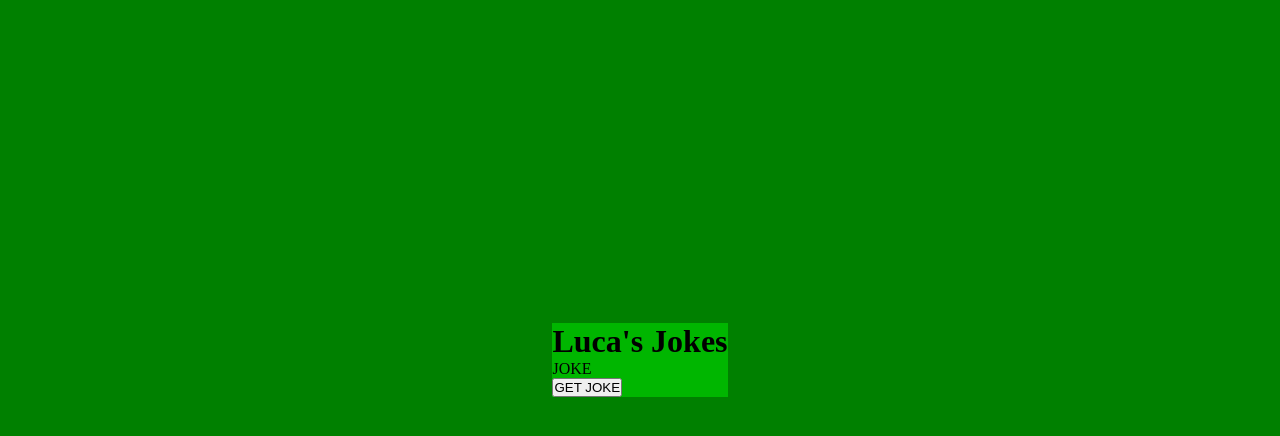
Repository: SerbanLuca/ChuckNorrisJokes-app
Page: /
These files come from the project's save history. The page is drawn as it stood at one moment and after a run of saves; the edit follows.
The browser window is 1280 px wide. The pictures show the whole page.
The project was rebuilt for these pictures with package versions that can differ from the ones it lists, and the page was loaded fresh each time.

Above is the page before, as saved 2021-04-07 13:46:54.

### src/App.js
import './App.css';
import React, {useState, useEffect} from 'react';

const API_KEY = `https://api.chucknorris.io/jokes/random`;

function App() {

  return (
    <>
      <div className="container">
        <h1>Luca's Jokes</h1>
        <p>JOKE</p>
        <button className="button">GET JOKE</button>
      </div>
    </>
  );
}

export default App;

### src/App.css
*
{
  box-sizing:border-box;
  padding: 0;
  margin: 0;
}

#root
{
  display: flex;
  justify-content: center;
  align-items: center;
  min-height: 100vh;

}

.container
{
  background-color: rgb(0, 182, 0);

}

body
{
  background-color: green;
}

Loaded but not shown: public/index.html (common file); src/index.js (common file)

After the next 2 saves:
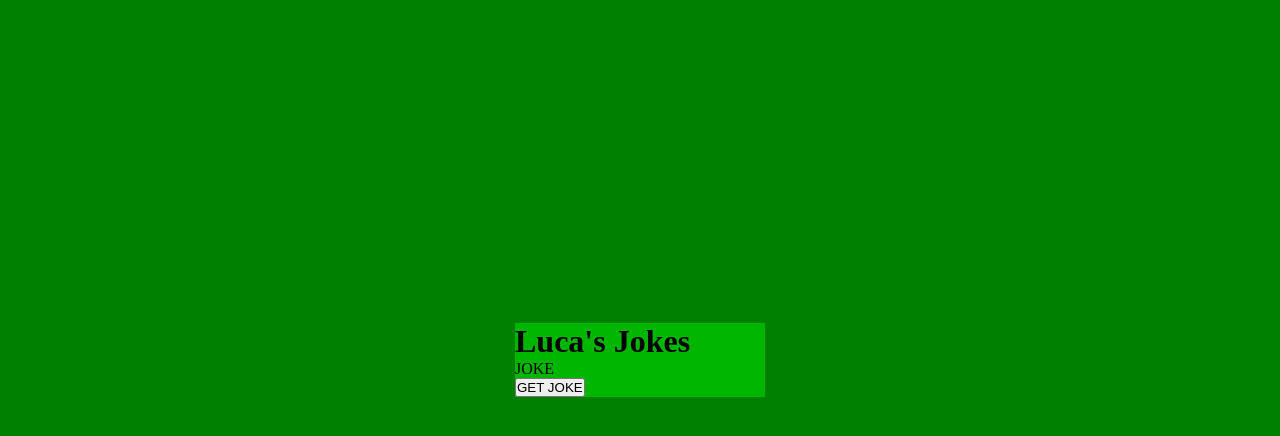
The 2 saves are shown as one change because they came seconds apart.
The last was saved 8 s later.
--- a/src/App.css
+++ b/src/App.css
@@ -17,7 +17,7 @@
 .container
 {
   background-color: rgb(0, 182, 0);
-
+  width: 250px;
 }
 
 body
